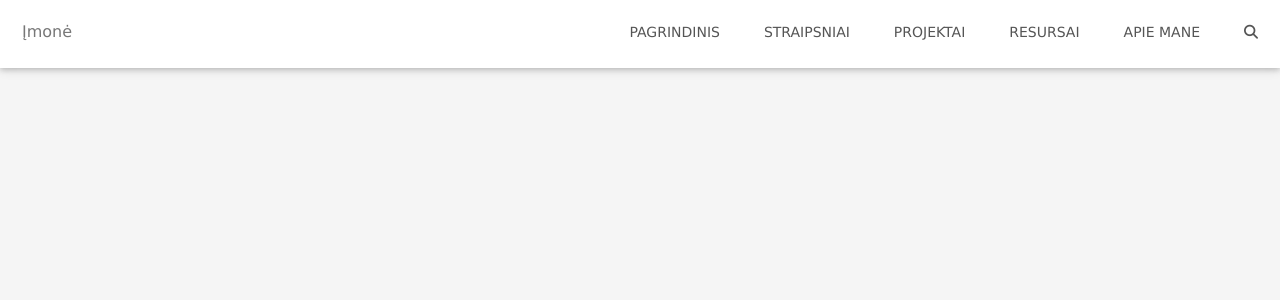
Repository: motiejus1/14-paskaita-05.31
Page: index.html
The author's editor kept a copy of each file at every save. The page is drawn from the files as they stood at one save, then again after a run of saves.
The browser window is 1280 px wide. The pictures show the whole page.
Some web libraries are served in a nearby version.

Above is the page before, as saved 2021-06-23 19:32:33.

### index.html
<!DOCTYPE html>
<html lang="en">
<head>
    <meta charset="UTF-8">
    <meta http-equiv="X-UA-Compatible" content="IE=edge">
    <meta name="viewport" content="width=device-width, initial-scale=1.0">
    <title>14 paskaita</title>

    <link rel="stylesheet" href="http://maxcdn.bootstrapcdn.com/font-awesome/latest/css/font-awesome.min.css">
    <style>
        html {
            font-size: 16px;
        }

        body {
            max-width: 1920px;
            margin: 0 auto;
            font-family: Verdana, Arial, sans-serif;
            line-height: 1.25rem;
            color:#333;
            background-color: #f5f5f5;
        }

        .container {
            width: 100%;
            margin: auto;
        }

        a {
            text-decoration: none;
            transition: all 0.3s ease;
        }

        .area {
            display: flex;
            /* flex-direction:row; */
            /* flex-wrap: wrap; */

            flex-flow: row wrap;
            align-items: stretch;
            justify-content: space-between;
            margin-left: auto;
        }

        .navbar-component {
            background-color: white;
            box-shadow: 0 2px 5px rgba(0,0,0,0.16), 0 2px 10px rgba(0,0,0,0.12);
        }

        .brand {
            display:block;
            font-size: 1rem;
            color: #777;
            margin: 1.375rem;
        }

        .list {
            display:flex;
        }

        .item {
            display: block;
            height: 4rem;
            line-height: 4rem;
            padding-left: 1.375rem;
            padding-right: 1.375rem;
            text-transform: uppercase;
            color: #555;
            font-size: 0.875rem;
        }

        .item.-link {
            border-bottom: 4px solid transparent;
        }

        .item.-link:hover {
            color: #333;
            border-bottom-color: #673ab7 ;
        }


    </style>
</head>
<body>
    <div class="container">
        <div class="navbar-component">
            <div class="navbar area">
                <a href="#" class="brand">Įmonė</a>

                <nav id="navigation" class="list">
                    <a href="#" class="item -link">Pagrindinis</a>
                    <a href="#" class="item -link" >Straipsniai</a>
                    <a href="#" class="item -link">Projektai</a>
                    <a href="#"class="item -link">Resursai</a>
                    <a href="#" class="item -link">Apie mane</a>
                    <span class="item">
                        <i class="fa fa-search"></i>
                    </span>
                </nav>



            </div>

        </div>
    </div>

</body>
</html>

After the next 3 saves:
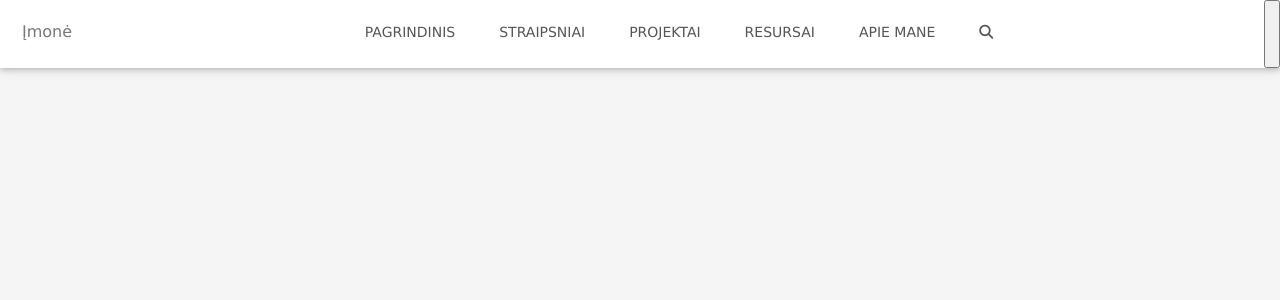
The 3 saves are shown as one change because they came seconds apart.
The last was saved 11 s later.
--- a/index.html
+++ b/index.html
@@ -98,7 +98,9 @@
                     </span>
                 </nav>
 
+                <button id=>
 
+                </button>
 
             </div>
 
